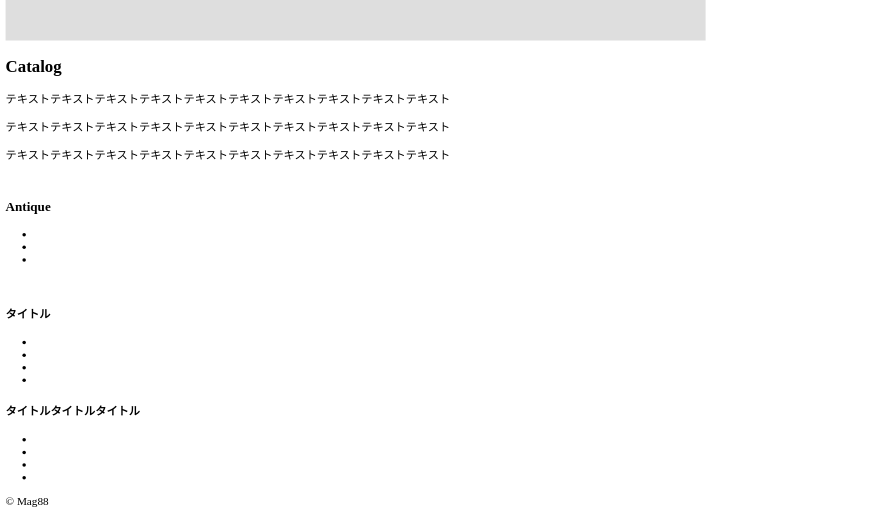
Repository: Fuki-san/bookstore
Page: http://localhost/book
The author's editor kept a copy of each file at every save. The page is drawn from the files as they stood at one save, then again after the next save.
The browser window is 1280 px wide. The pictures show the part of the page from y = 3507 to 5427 px (the page is 4248 px tall before and 5457 px after), at 70% of full size.
The page is served by the project's Laravel application, run on PHP 8.4 with Laravel 10. Other server files are loaded and not shown.

Above is the page before, as saved 2023-11-20 12:21:56.

### routes/web.php
<?php

use Illuminate\Support\Facades\Route;

/*
|--------------------------------------------------------------------------
| Web Routes
|--------------------------------------------------------------------------
|
| Here is where you can register web routes for your application. These
| routes are loaded by the RouteServiceProvider and all of them will
| be assigned to the "web" middleware group. Make something great!
|
*/

Route::get('/', function () {
    return view('welcome');
});

Route::get('book', function() {
    return view('bookstore');
})->name('book');

### resources/views/bookstore.blade.php
@extends('layouts.main')

@section('title', 'bookstore')

@section('content')
    <header>
        <h1 class="site-title"><img src="img/logo.svg" alt="Mag88"></h1>
    </header>

    <main>
        <section id="magazine" class="wrapper">
            <h2 class="sec-title">A special, long article in a newspaper or magazine</h2>
            <p>テキストテキスト</p>
            <div class="flex-item">
                <a class="item" href="#">
                    <img src="img/magazine-archive.jpg">
                    <div class="text">
                        <p class="title">Archive</p>
                        <p>
                            テキストテキストテキストテキスト<br>
                            テキストテキスト
                        </p>
                    </div>
                </a>
                <a href="#" class="item">
                    <img src="img/magazine-new.jpg">
                    <div class="text">
                        <p class="title">New</p>
                        <p>
                            テキストテキストテキストテキスト<br>
                            テキストテキスト
                        </p>
                    </div>
                </a>
            </div>
        </section>

        <section id="fashion">
            <div class="wrapper">
                <h2 class="sec-title">Fashion &amp; Style</h2>
                <p>
                テキストテキストテキストテキスト<br>
                テキストテキスト
                </p>
                <a href="#" btn>Read More</a>
            </div>
        </section>

        <section class="catalog-antique">]
            <div class="flex-item wrapper">
                <div class="item">
                    <img src="img/catalog.jpg">
                </div>
                <div class="item">
                    <h2 class="sec-title">Catalog</h2>
                    <p>テキストテキストテキストテキストテキストテキストテキストテキストテキストテキスト</p>
                    <p>テキストテキストテキストテキストテキストテキストテキストテキストテキストテキスト</p>
                    <p>テキストテキストテキストテキストテキストテキストテキストテキストテキストテキスト</p>
                </div>
            </div>
        </section>

        <section class="catalog-antique">
            <img src="">
            <h3>Antique</h3>
            <ul>
                <li></li>
                <li></li>
                <li></li>
            </ul>
        </section>

    </main>


    <footer>
        <div class="footer-menu">
            <img src="">
            <h4>タイトル</h4>
            <ul>
                <li></li>
                <li></li>
                <li></li>
                <li></li>
            </ul>
            <h4>タイトルタイトルタイトル</h4>
            <ul>
                <li></li>
                <li></li>
                <li></li>
                <li></li>
            </ul>
        </div>
        <p>&copy; Mag88</p>
    </footer>
@endsection

### resources/views/layouts/main.blade.php
<!DOCTYPE html>
<html lang="ja">
<head>
    <meta charset="UTF-8">
    <meta name="viewport" content="width=device-width, initial-scale=1.0">
    <meta http-equiv="X-UA-Compatible" content="ie=edge">
    <link rel="stylesheet" href="{{ asset('css/reset.css') }}">
    <link rel="stylesheet" href="{{ asset('css/style.css') }}">
    <link rel="icon" href="img/favicon.ico">
    <title>@yield('title')</title>
</head>
<body>
    @yield('content')
</body>
</html>

### public/img/logo.svg
<?xml version="1.0" encoding="utf-8"?>
<!-- Generator: Adobe Illustrator 15.1.0, SVG Export Plug-In . SVG Version: 6.00 Build 0)  -->
<!DOCTYPE svg PUBLIC "-//W3C//DTD SVG 1.1//EN" "http://www.w3.org/Graphics/SVG/1.1/DTD/svg11.dtd">
<svg version="1.1" id="レイヤー_1" xmlns="http://www.w3.org/2000/svg" xmlns:xlink="http://www.w3.org/1999/xlink" x="0px"
	 y="0px" width="120px" height="40px" viewBox="0 0 120 40" enable-background="new 0 0 120 40" xml:space="preserve">
<text transform="matrix(1 0 0 1 11.667 -25.8213)" fill="#2B3137" font-family="'Arial-BoldMT'" font-size="31.8021">Mag88</text>
<rect fill="#2A2A2A" width="120" height="40"/>
<g>
	<path fill="#FFFFFF" d="M13.351,29.333V6.568h6.879l4.13,15.529l4.084-15.529h6.895v22.765h-4.271v-17.92l-4.519,17.92h-4.425
		l-4.503-17.92v17.92H13.351z"/>
	<path fill="#FFFFFF" d="M43.134,17.872l-3.96-0.714c0.445-1.595,1.211-2.774,2.299-3.54c1.087-0.766,2.701-1.149,4.845-1.149
		c1.946,0,3.396,0.23,4.348,0.69c0.952,0.461,1.623,1.047,2.011,1.756c0.389,0.709,0.582,2.01,0.582,3.904l-0.046,5.094
		c0,1.449,0.069,2.518,0.21,3.207c0.139,0.688,0.4,1.426,0.783,2.213h-4.316c-0.113-0.29-0.254-0.72-0.419-1.289
		c-0.073-0.259-0.124-0.43-0.155-0.513c-0.746,0.725-1.543,1.269-2.392,1.63c-0.849,0.363-1.755,0.544-2.718,0.544
		c-1.697,0-3.035-0.46-4.014-1.382s-1.467-2.086-1.467-3.494c0-0.932,0.222-1.762,0.667-2.492c0.444-0.73,1.069-1.289,1.871-1.677
		c0.802-0.389,1.959-0.728,3.471-1.018c2.039-0.383,3.452-0.739,4.239-1.071v-0.435c0-0.839-0.207-1.437-0.621-1.794
		s-1.195-0.535-2.345-0.535c-0.776,0-1.382,0.152-1.817,0.458C43.755,16.571,43.403,17.106,43.134,17.872z M48.973,21.413
		c-0.559,0.187-1.444,0.409-2.655,0.668c-1.212,0.259-2.003,0.512-2.376,0.761c-0.569,0.403-0.854,0.916-0.854,1.537
		c0,0.61,0.227,1.14,0.683,1.584c0.456,0.445,1.035,0.667,1.739,0.667c0.787,0,1.537-0.258,2.252-0.775
		c0.527-0.394,0.875-0.875,1.04-1.444c0.114-0.373,0.171-1.081,0.171-2.128V21.413z"/>
	<path fill="#FFFFFF" d="M57.157,30.419l4.984,0.605c0.083,0.58,0.274,0.979,0.574,1.196c0.414,0.311,1.066,0.466,1.957,0.466
		c1.139,0,1.992-0.171,2.563-0.512c0.383-0.229,0.673-0.596,0.869-1.104c0.135-0.362,0.202-1.029,0.202-2.003v-2.407
		c-1.304,1.781-2.95,2.672-4.938,2.672c-2.215,0-3.97-0.938-5.264-2.811c-1.015-1.48-1.521-3.324-1.521-5.529
		c0-2.764,0.664-4.875,1.995-6.335c1.33-1.46,2.983-2.189,4.962-2.189c2.039,0,3.721,0.896,5.046,2.687v-2.314h4.084V27.64
		c0,1.946-0.161,3.4-0.481,4.363s-0.771,1.719-1.351,2.268c-0.58,0.549-1.354,0.979-2.321,1.289
		c-0.969,0.311-2.192,0.466-3.673,0.466c-2.795,0-4.778-0.479-5.947-1.437c-1.17-0.957-1.755-2.172-1.755-3.642
		C57.141,30.802,57.147,30.626,57.157,30.419z M61.054,20.745c0,1.75,0.339,3.031,1.017,3.844c0.679,0.813,1.515,1.219,2.508,1.219
		c1.066,0,1.967-0.416,2.703-1.25c0.734-0.834,1.102-2.068,1.102-3.703c0-1.709-0.352-2.977-1.056-3.805s-1.595-1.242-2.671-1.242
		c-1.045,0-1.907,0.406-2.586,1.219C61.393,17.839,61.054,19.079,61.054,20.745z"/>
	<path fill="#FFFFFF" d="M79.797,17.05c-1.129-0.477-1.949-1.131-2.462-1.965c-0.513-0.833-0.769-1.746-0.769-2.74
		c0-1.697,0.593-3.101,1.778-4.208c1.185-1.107,2.87-1.662,5.054-1.662c2.164,0,3.844,0.554,5.039,1.662
		c1.196,1.108,1.794,2.511,1.794,4.208c0,1.056-0.274,1.995-0.823,2.818c-0.549,0.822-1.32,1.451-2.313,1.887
		c1.263,0.508,2.224,1.248,2.88,2.221c0.658,0.973,0.986,2.096,0.986,3.369c0,2.102-0.67,3.811-2.011,5.125
		s-3.124,1.972-5.349,1.972c-2.071,0-3.795-0.544-5.172-1.63c-1.625-1.284-2.438-3.045-2.438-5.28c0-1.231,0.305-2.362,0.916-3.394
		C77.52,18.403,78.482,17.608,79.797,17.05z M80.293,22.407c0,1.201,0.309,2.138,0.924,2.811c0.616,0.673,1.385,1.01,2.307,1.01
		c0.9,0,1.646-0.324,2.236-0.971c0.59-0.647,0.885-1.582,0.885-2.803c0-1.066-0.301-1.924-0.9-2.57
		c-0.602-0.646-1.361-0.971-2.283-0.971c-1.066,0-1.861,0.367-2.383,1.103C80.555,20.751,80.293,21.548,80.293,22.407z
		 M80.698,12.655c0,0.869,0.246,1.547,0.737,2.034c0.491,0.486,1.146,0.729,1.964,0.729c0.828,0,1.491-0.246,1.988-0.737
		s0.745-1.173,0.745-2.042c0-0.818-0.246-1.473-0.737-1.965c-0.492-0.491-1.142-0.737-1.949-0.737c-0.838,0-1.506,0.249-2.003,0.745
		C80.946,11.18,80.698,11.837,80.698,12.655z"/>
	<path fill="#FFFFFF" d="M97.484,17.05c-1.128-0.477-1.948-1.131-2.462-1.965c-0.512-0.833-0.768-1.746-0.768-2.74
		c0-1.697,0.592-3.101,1.777-4.208c1.186-1.107,2.871-1.662,5.055-1.662c2.164,0,3.844,0.554,5.039,1.662
		c1.195,1.108,1.793,2.511,1.793,4.208c0,1.056-0.273,1.995-0.822,2.818c-0.549,0.822-1.32,1.451-2.314,1.887
		c1.264,0.508,2.224,1.248,2.881,2.221c0.658,0.973,0.986,2.096,0.986,3.369c0,2.102-0.67,3.811-2.012,5.125
		c-1.34,1.314-3.123,1.972-5.349,1.972c-2.071,0-3.794-0.544-5.171-1.63c-1.625-1.284-2.438-3.045-2.438-5.28
		c0-1.231,0.305-2.362,0.916-3.394C95.207,18.403,96.168,17.608,97.484,17.05z M97.981,22.407c0,1.201,0.308,2.138,0.924,2.811
		c0.615,0.673,1.385,1.01,2.307,1.01c0.9,0,1.646-0.324,2.235-0.971c0.591-0.647,0.886-1.582,0.886-2.803
		c0-1.066-0.301-1.924-0.901-2.57s-1.361-0.971-2.282-0.971c-1.066,0-1.861,0.367-2.384,1.103S97.981,21.548,97.981,22.407z
		 M98.385,12.655c0,0.869,0.245,1.547,0.736,2.034c0.492,0.486,1.146,0.729,1.965,0.729c0.828,0,1.49-0.246,1.988-0.737
		c0.496-0.491,0.744-1.173,0.744-2.042c0-0.818-0.246-1.473-0.736-1.965c-0.492-0.491-1.143-0.737-1.949-0.737
		c-0.839,0-1.506,0.249-2.004,0.745C98.633,11.18,98.385,11.837,98.385,12.655z"/>
</g>
</svg>

Loaded but not shown: public/css/style.css (no copy from this time; the picture is the same without it)

After the next save:
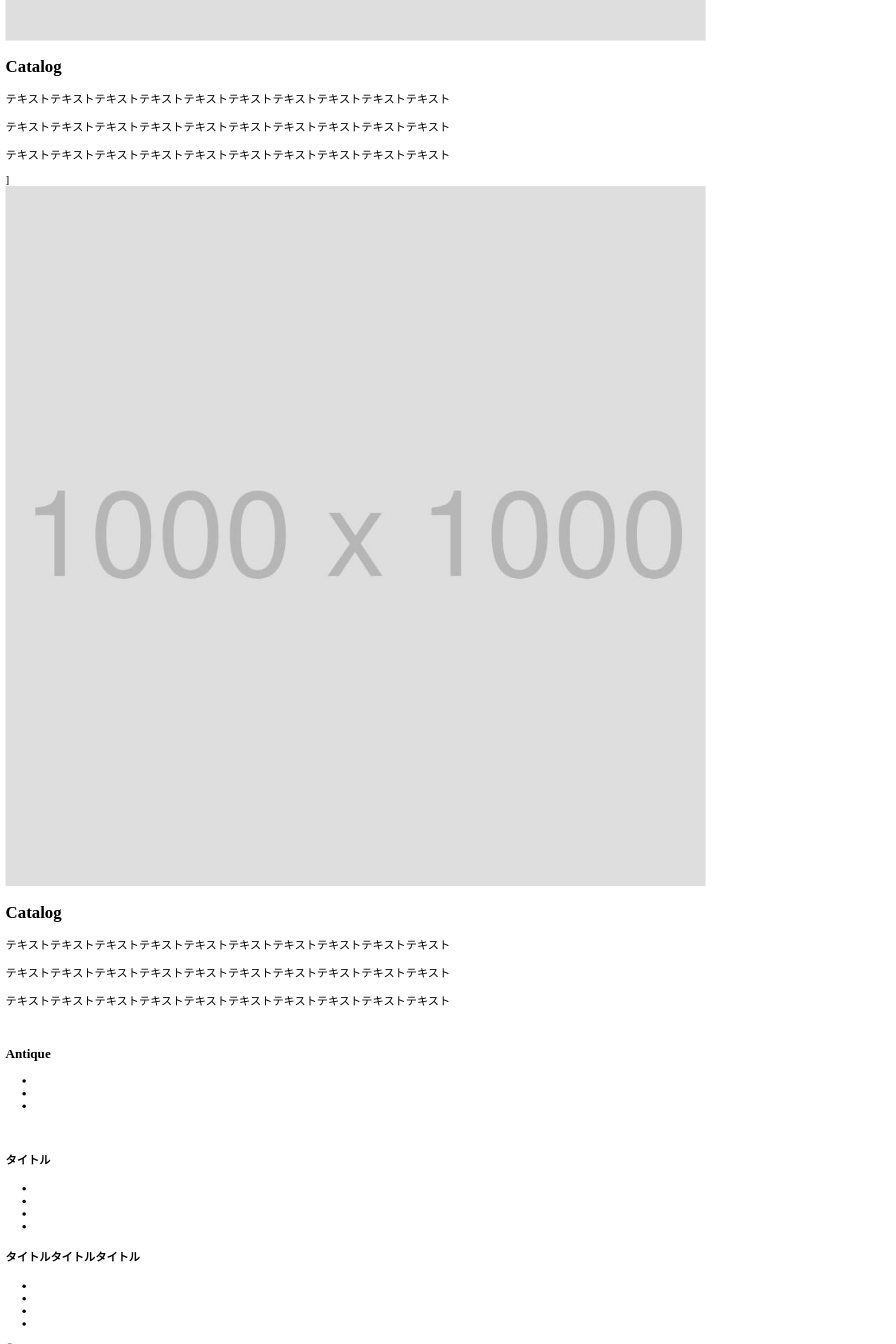
Saved 33 s later.
--- a/resources/views/bookstore.blade.php
+++ b/resources/views/bookstore.blade.php
@@ -59,6 +59,19 @@
                 </div>
             </div>
         </section>
+        <section class="catalog-antique">]
+            <div class="flex-item wrapper">
+                <div class="item">
+                    <img src="img/catalog.jpg">
+                </div>
+                <div class="item">
+                    <h2 class="sec-title">Catalog</h2>
+                    <p>テキストテキストテキストテキストテキストテキストテキストテキストテキストテキスト</p>
+                    <p>テキストテキストテキストテキストテキストテキストテキストテキストテキストテキスト</p>
+                    <p>テキストテキストテキストテキストテキストテキストテキストテキストテキストテキスト</p>
+                </div>
+            </div>
+        </section>
 
         <section class="catalog-antique">
             <img src="">
